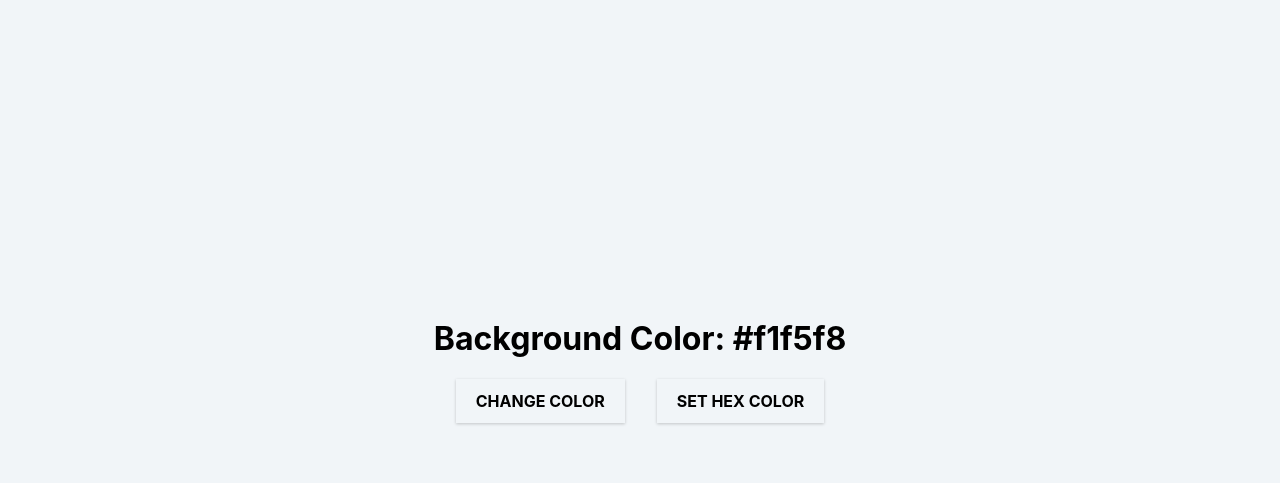
Repository: VidHongqiWu/react-projects
Page: / (app in color-flipper/)
The author's editor kept a copy of each file at every save. The page is drawn from the files as they stood at one save, then again after the next save.
The browser window is 1280 px wide. The pictures show the whole page.
The project was rebuilt for these pictures with package versions that can differ from the ones it lists, and the page was loaded fresh each time.

Above is the page before, as saved 2023-11-18 19:04:16.

### color-flipper/src/index.css
body {
  margin: 0;
  font-family: -apple-system, BlinkMacSystemFont, 'Segoe UI', 'Roboto', 'Oxygen',
    'Ubuntu', 'Cantarell', 'Fira Sans', 'Droid Sans', 'Helvetica Neue',
    sans-serif;
  -webkit-font-smoothing: antialiased;
  -moz-osx-font-smoothing: grayscale;
}

code {
  font-family: source-code-pro, Menlo, Monaco, Consolas, 'Courier New',
    monospace;
}

main {
  min-height: 100vh;
  display: grid;
  place-items: center;
}
.container {
  text-align: center;
}
.container h2 {
  background: var(--clr-black);
  color: var(--clr-white);
  padding: 1rem;
  border-radius: var(--radius);
  margin-bottom: 2.5rem;
}
.color {
  color: var(--clr-primary-5);
}

.btn {
  font-family: var(--ff-primary);
  text-transform: uppercase;
  background: transparent;
  color: var(--clr-black);
  padding: 0.375rem 0.75rem;
  letter-spacing: var(--spacing);
  display: inline-block;
  font-weight: 700;
  transition: var(--transition);
  font-size: 0.875rem;
  border: 2px solid var(--clr-black);
  cursor: pointer;
  box-shadow: 0 1px 3px rgba(0, 0, 0, 0.2);
  border-radius: var(--radius);
  margin: 0 1em;
}
.btn:hover {
  color: var(--clr-white);
  background: var(--clr-black);
}
.btn-hero {
  font-size: 1rem;
  padding: 0.75rem 1.25rem;
}

### color-flipper/src/App.js
import React, {useState} from 'react';

function App() {
  const colors = ['green', 'red', 'rgba(133,122,200)', '#f15025'];
  const [color, setColor] = useState('#f1f5f8');

  const changeColor = () => {
    const randomNumber = Math.floor(Math.random() * colors.length);
    setColor(colors[randomNumber]);
  }

  const setHexColor = () => {
    const hexColor = '#' + Math.floor(Math.random() * 16777215).toString(16);
    setColor(hexColor);
  }

  return (
    <main style={{ backgroundColor: color }}>
      <div className='container'>
        <h1>Background Color: {' '}
          <span className="color" data-testid="color">
            {color}
          </span>
        </h1>
        <button className="btn btn-hero" onClick={changeColor}>
          Change Color
        </button>
        <button className="btn btn-hero" onClick={setHexColor}>
          Set Hex Color
        </button>
      </div>
    </main>
  );
}

export default App;

Loaded but not shown: color-flipper/public/index.html (common file); color-flipper/src/index.js (common file); color-flipper/src/reportWebVitals.js (common file)

After the next save:
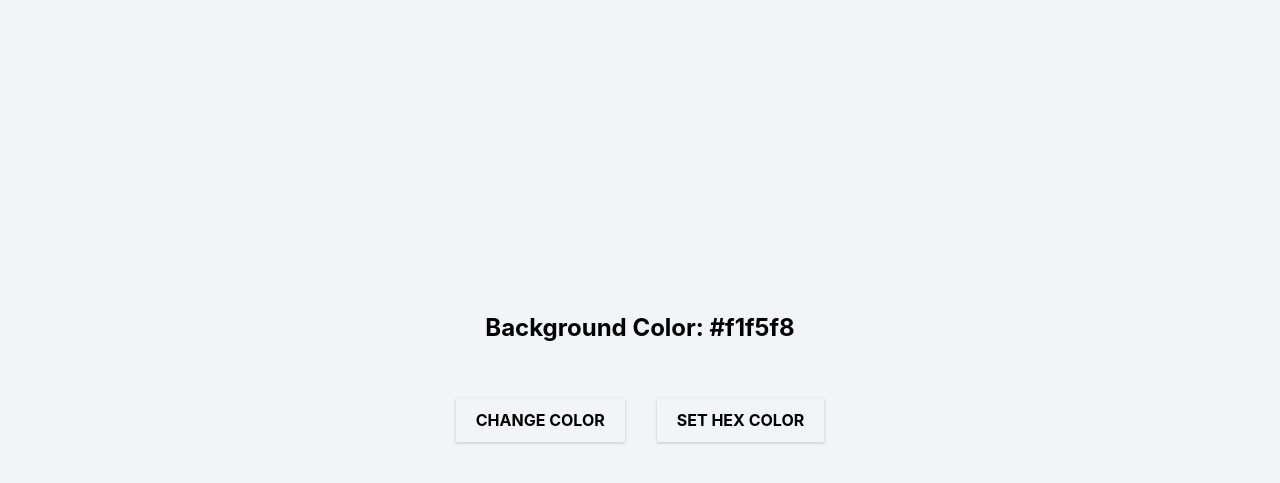
Saved 23 s later.
--- a/color-flipper/src/App.js
+++ b/color-flipper/src/App.js
@@ -17,11 +17,11 @@ function App() {
   return (
     <main style={{ backgroundColor: color }}>
       <div className='container'>
-        <h1>Background Color: {' '}
+        <h2>Background Color: {' '}
           <span className="color" data-testid="color">
             {color}
           </span>
-        </h1>
+        </h2>
         <button className="btn btn-hero" onClick={changeColor}>
           Change Color
         </button>
